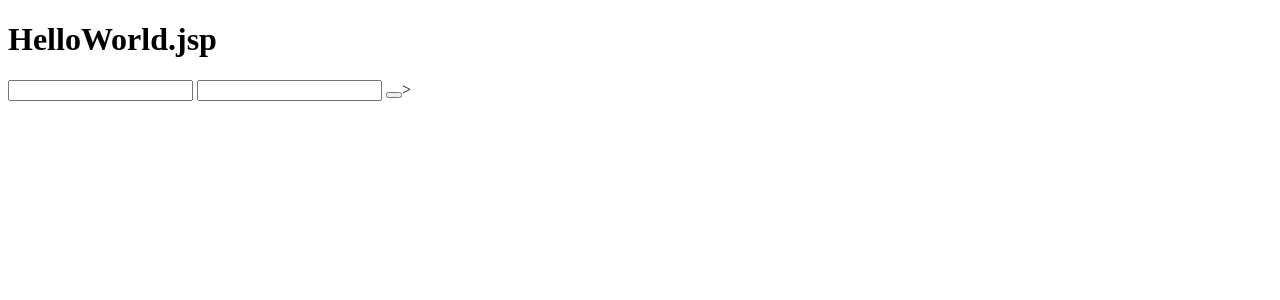
Repository: Eric-Chan-CYS/CYSSTS
Page: http://localhost/test1/HelloWorld
An editor plug-in stored every save of this project. The page is shown before and after the next save, followed by the edit.
The browser window is 1280 px wide. The pictures show the whole page.
The page is served by Tomcat 9.

Above is the page before, as saved 2017-12-01 08:56:53.

After the next save:
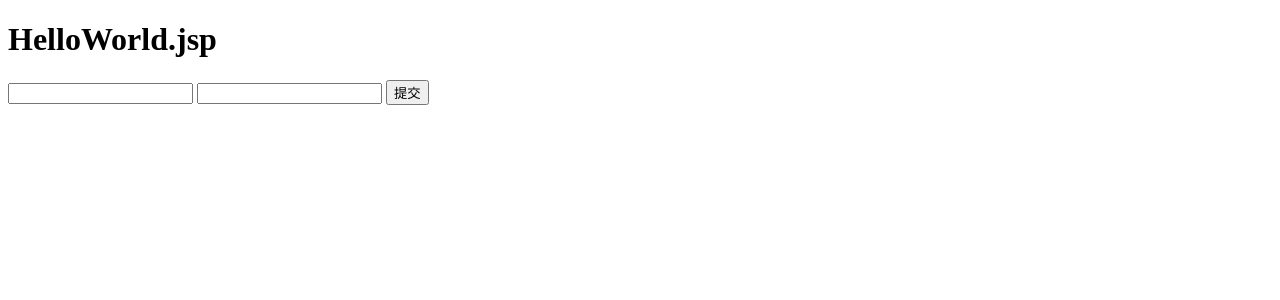
Saved 10 s later.
--- a/CYSSTS-workspace/test1/WebContent/WEB-INF/views/HelloWorld.jsp
+++ b/CYSSTS-workspace/test1/WebContent/WEB-INF/views/HelloWorld.jsp
@@ -10,6 +10,6 @@
 <h1>HelloWorld.jsp</h1>
 <input name="username">
 <input name="password">
-<button type="submit" value="提交"> </button>>
+<button type="submit">提交</button>
 </body>
 </html>
